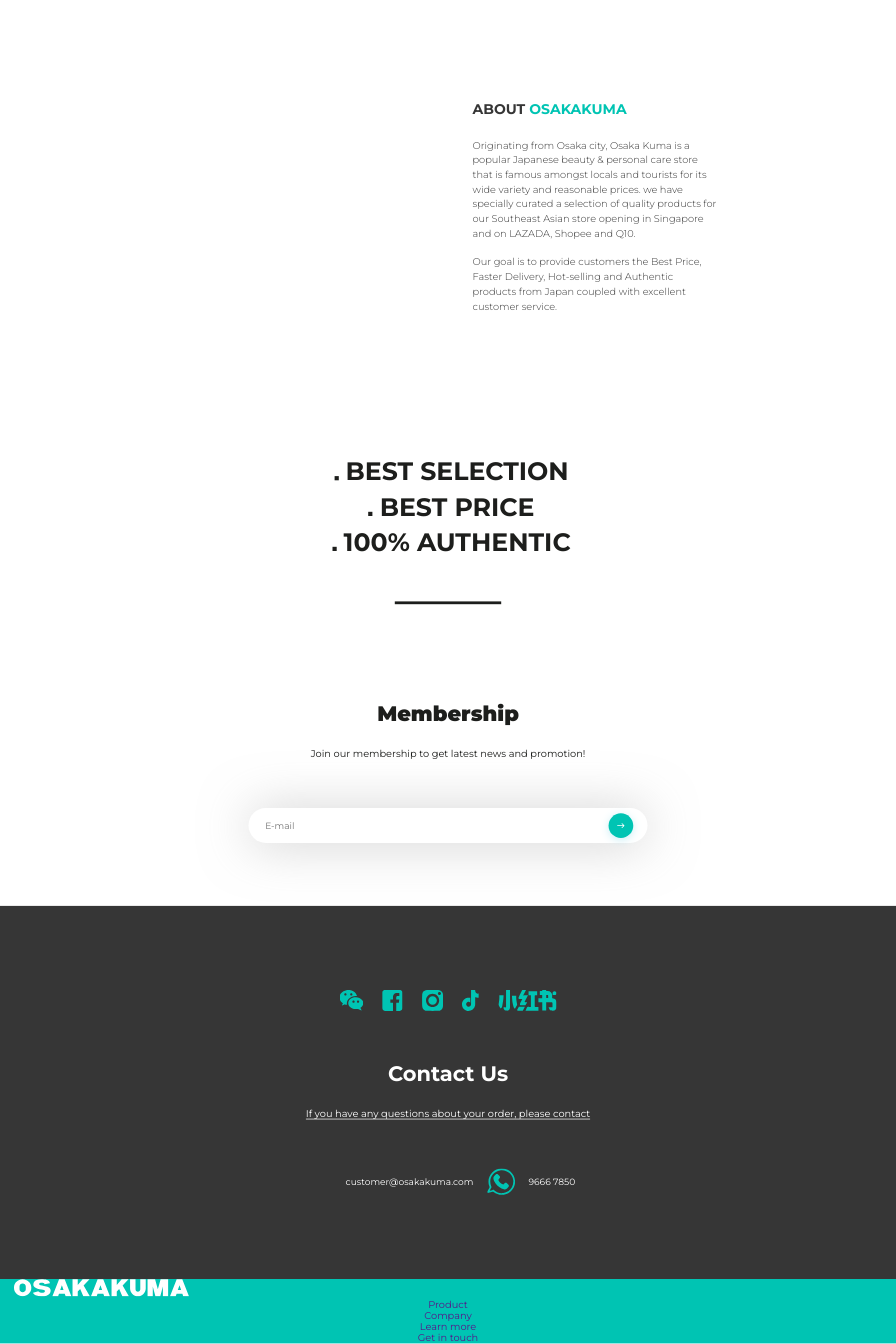
Repository: wendylw/osakakuma-landing
Page: index.html
An editor plug-in stored every save of this project. The page is shown before and after the next save, followed by the edit.
The browser window is 1280 px wide. The pictures show the part of the page from y = 1913 to 3833 px (the page is 3833 px tall), at 70% of full size.
The style sheet was rebuilt from its Sass, Less or Tailwind sources for each picture, by a compiler version that may differ from the author's.

Above is the page before, as saved 2021-03-04 04:35:25.

### index.html
<!doctype html>
<html class="no-js" lang="">

<head>
  <meta charset="utf-8">
  <meta http-equiv="x-ua-compatible" content="ie=edge">
  <title></title>
  <meta name="description" content="">
  <meta name="viewport" content="width=device-width, initial-scale=1, shrink-to-fit=no">
  <link rel="manifest" href="site.webmanifest">
  <link rel="apple-touch-icon" href="icon.png">
  <!-- Place favicon.ico in the root directory -->

  <link rel="preconnect" href="https://fonts.gstatic.com">
  <link href="https://fonts.googleapis.com/css2?family=Montserrat:wght@300;400;600;700;900&display=swap" rel="stylesheet">

  <link rel="stylesheet" href="css/normalize.css">
  <link rel="stylesheet" href="css/video-js.min.css">
  <link rel="stylesheet" href="css/main.css">
</head>

<body>
  <!--[if lte IE 9]>
    <p class="browserupgrade">You are using an <strong>outdated</strong> browser. Please <a href="https://browsehappy.com/">upgrade your browser</a> to improve your experience and security.</p>
  <![endif]-->

  <!-- Add your site or application content here -->
  <main class="main">
    <header class="header text-center">
      <div class="container">
        <img class="header__logo" src="" alt="logo">
        <div class="header__title-container">
          <h1 class="header__title">JAPANESE BEAUTY & LIFESTYLE CURATOR</h1>
          <ul class="header__products">
            <li class="header__products-item">
              <span>Skincare</span>
            </li>
            <li class="header__products-item">
              <span>Makeup</span>
            </li>
            <li class="header__products-item">
              <span>Daily necessities</span>
            </li>
          </ul>
        </div>
        <a class="header__follow-us" href="">Follow Us</a>
        <ul class="header__social-container">
          <li class="header__social-group">
            <ul class="header__social-list">
              <li class="header__social-item">
                <a class="header__social-link" href="">
                  <img src="./img/social-facebook-black.svg" alt="">
                </a>
              </li>
              <li class="header__social-item">
                <a class="header__social-link" href="">
                  <img src="./img/social-instagram-black.svg" alt="">
                </a>
              </li>
              <li class="header__social-item">
                <a class="header__social-link" href="">
                  <img src="./img/social-tick-black.svg" alt="">
                </a>
              </li>
              <li class="header__social-item">
                <a class="header__social-link" href="">
                  <img src="./img/social-xiaohongshu-black.svg" alt="">
                </a>
              </li>
            </ul>
            <hr class="header__social-divider-first"/>
            <div class="text-left header__social-label">
              <span>@osakakuma</span>
            </div>
          </li>
          <li class="header__social-group">
            <ul class="header__social-list">
              <li class="header__social-item">
                <a class="header__social-link" href="">
                  <img src="./img/social-wechat-black.svg" alt="">
                </a>
              </li>
            </ul>
            <hr class="header__social-divider-second"/>
            <span>大阪熊SG</span>
          </li>
        </ul>
      </div>
    </header>
    <!-- online stores -->
    <section class="online-store">
      <div class="container text-center">
        <ul class="online-store__advantages">
          <li class="online-store__advantages-item">
            <span>BEST SELECTION</span>
          </li>
          <li class="online-store__advantages-item">
            <span>BEST PRICE</span>
          </li>
          <li class="online-store__advantages-item">
            <span>100% AUTHENTIC</span>
          </li>
        </ul>
        <h2 class="online-store__title">3 online stores</h2>
        <ul class="online-store__list">
          <li class="online-store__item">
            <a href="" class="online-store__item-content">
              <img class="online-store__logo" src="" alt="">
              <label class="online-store__label">Shop now</label>
            </a>
          </li>
          <li class="online-store__item">
            <a href="" class="online-store__item-content">
              <img class="online-store__logo" src="" alt="">
              <label class="online-store__label">Shop now</label>
            </a>
          </li>
          <li class="online-store__item">
            <a href="" class="online-store__item-content">
              <img class="online-store__logo" src="" alt="">
              <label class="online-store__label">Shop now</label>
            </a>
          </li>
        </ul>
      </div>
    </section>
    <!-- end of online stores -->
    <!-- offline stores -->
    <section class="offline-stores">
      <div class="container text-center">
        <h2 class="offline-stores__title">2 offline stores</h2>
        <ul class="offline-stores__list row">
          <li class="offline-stores__column col-6">
            <img src="" alt="">
            <div>
              <h4 class="offline-stores__item-title">Bugis +</h4>
              <address class="offline-stores__address">201 Victoria Street, Bugis Plus, 02-51/52. Singapore 188067</address>
            </div>
          </li>
          <li class="offline-stores__column col-6">
            <img src="" alt="">
            <div>
              <h4 class="offline-stores__item-title">PLQ Mall</h4>
              <address class="offline-stores__address">10 Paya Lebar Road, PLQ Mall, Paya Lebar Quarter, Singapore 409057</address>
            </div>
          </li>
        </ul>
      </div>
    </section>
    <!-- end of offline stores -->
    <!-- about us -->
    <section class="about-us">
      <div class="container">
        <div class="row">
          <div class="col-6">
            <img src="" alt="">
          </div>
          <div class="about-us__colmn-content col-6">
            <h3 class="about-us__title">ABOUT <span>OSAKAKUMA</span></h3>
            <p class="about-us__paragraph">Originating from Osaka city, Osaka Kuma is a popular Japanese beauty & personal care store that is famous amongst locals and tourists for its wide variety and reasonable prices. we have specially curated a selection of quality products for our Southeast Asian store opening in Singapore and on LAZADA, Shopee and Q10. </p>
            <p class="about-us__paragraph">Our goal is to provide customers the Best Price, Faster Delivery, Hot-selling and Authentic products from Japan coupled with excellent customer service.</p>
          </div>
        </div>
      </div>
    </section>
    <!-- end of about us -->

    <!-- membership -->
    <section class="membership">
      <div class="container text-center">
        <ul class="membership__advantages">
          <li class="membership__advantages-item">
            <span>BEST SELECTION</span>
          </li>
          <li class="membership__advantages-item">
            <span>BEST PRICE</span>
          </li>
          <li class="membership__advantages-item">
            <span>100% AUTHENTIC</span>
          </li>
        </ul>
        <hr class="membership__divider" />

        <div class="membership__form-container">
          <h2 class="membership__title">Membership</h2>
          <p class="membership__description">Join our membership to get latest news and promotion!</p>
          <form class="membership__form">
            <input class="membership__input text-left text-middle" type="email" placeholder="E-mail" name="" id="">
            <button class="text-middle membership__button">
              <img src="./img/icon-contact-us.svg" alt="">
            </button>
          </form>
        </div>
      </div>
    </section>
    <!-- end of membership -->

    <!-- contact us -->
    <section class="contact-us">
      <div class="container text-center">
        <ul class="contact-us__social-list">
          <li class="contact-us__social-item">
            <a class="contact-us__social-link" href="">
              <img src="./img/social-wechat-theme.svg" alt="">
            </a>
          </li>
          <li class="contact-us__social-item">
            <a class="contact-us__social-link" href="">
              <img src="./img/social-facebook-theme.svg" alt="">
            </a>
          </li>
          <li class="contact-us__social-item">
            <a class="contact-us__social-link" href="">
              <img src="./img/social-instagram-theme.svg" alt="">
            </a>
          </li>
          <li class="contact-us__social-item">
            <a class="contact-us__social-link" href="">
              <img src="./img/social-tick-theme.svg" alt="">
            </a>
          </li>
          <li class="contact-us__social-item">
            <a class="contact-us__social-link" href="">
              <img src="./img/social-xiaohongshu-theme.svg" alt="">
            </a>
          </li>
        </ul>
        <h2 class="contact-us__title">Contact Us</h2>
        <p class="contact-us__descripiton">If you have any questions about your order, please contact </p>
        <ul class="contact-us__list">
          <li class="contact-us__item">
            <img class="contact-us__item-image text-middle" src="" alt="">
            <span class="text-middle">customer@osakakuma.com</span>
          </li>
          <li class="contact-us__item">
            <img class="contact-us__item-image text-middle" src="./img/icon-contact-us-phone.svg" alt="">
            <span class="text-middle">9666 7850</span>
          </li>
        </ul>
      </div>
    </section>
    <!-- end of contact us -->


    <footer class="footer">
      <div class="container">
        <div class="footer__image">
          <img src="./img/logo-white.svg" alt="">
        </div>
        <div class="footer__content text-center">
          <ul>
            <li>
              <a href="">Product</a>
            </li>
            <li>
              <a href="">Company</a>
            </li>
            <li>
              <a href="">Learn more</a>
            </li>
            <li>
              <a href="">Get in touch</a>
            </li>
          </ul>
        </div>
      </div>
    </footer>
  </main>

  <script src="js/vendor/modernizr-3.6.0.min.js"></script>
  <script src="https://cdn.staticfile.org/jquery/3.3.1/jquery.min.js" integrity="sha256-FgpCb/KJQlLNfOu91ta32o/NMZxltwRo8QtmkMRdAu8=" crossorigin="anonymous"></script>
  <script>window.jQuery || document.write('<script src="js/vendor/jquery-3.3.1.min.js"><\/script>')</script>
  <script src="js/vendor/video.min.js"></script>
  <script src="js/plugins.js"></script>
  <script src="js/main.js"></script>
  <script src="js/homepage.js"></script>

  <!-- Google Analytics: change UA-XXXXX-Y to be your site's ID. -->
  <!-- <script>
    window.ga = function () { ga.q.push(arguments) }; ga.q = []; ga.l = +new Date;
    ga('create', 'UA-XXXXX-Y', 'auto'); ga('send', 'pageview')
  </script>
  <script src="https://www.google-analytics.com/analytics.js" async defer></script> -->
</body>

</html>

### js/plugins.js
// Avoid `console` errors in browsers that lack a console.
(function() {
  var method;
  var noop = function () {};
  var methods = [
    'assert', 'clear', 'count', 'debug', 'dir', 'dirxml', 'error',
    'exception', 'group', 'groupCollapsed', 'groupEnd', 'info', 'log',
    'markTimeline', 'profile', 'profileEnd', 'table', 'time', 'timeEnd',
    'timeline', 'timelineEnd', 'timeStamp', 'trace', 'warn'
  ];
  var length = methods.length;
  var console = (window.console = window.console || {});

  while (length--) {
    method = methods[length];

    // Only stub undefined methods.
    if (!console[method]) {
      console[method] = noop;
    }
  }
}());

// Place any jQuery/helper plugins in here.

### styles/main.scss
@import './var';

* {
  box-sizing: border-box;
  font-size: $main-font;
}

html {
  font-family: 'Montserrat', "Helvetica Neue", -apple-system, Arial, sans-serif;
  font-size: $basic-font;
  font-weight: 400;
  color: $main-color;
}

body {
  padding: 0;
  margin: 0;
}

h1 {
  font-size: 3.4rem;
  margin: 0;
}

h2 {
  font-size: 3rem;
  font-weight: 600;
  margin: 0;
}

h3 {
  font-size: 2rem;
  font-weight: 700;
  margin: 0;
}

label,
a {
  font-size: 1.4rem;
  text-decoration: none;
  cursor: pointer;
}

h4,
p {
  font-size: 1.4rem;
  margin: 0;
}

img {
  max-width: 100%;
}

button {
  border: 0;
  background-color: transparent;
  height: auto;
  line-height: 100%;
}

input {
  border: 0;
  outline: none;
  box-shadow: none;
  background-color: transparent;
}

.container {
  max-width: 1240px;
  margin: auto;
}

.big-container {
  max-width: 1200px;
  margin: auto;
}

ul {
	list-style: none;
	padding-left: 0;
	margin: 0;
}

.text-center {
  text-align: center;
}

.text-left {
  text-align: left;
}

.text-right {
  text-align: right;
}

.text-middle {
  vertical-align: middle;
}

.text-line-height-base {
  line-height: 1.5em;
}

.row {
  &::after {
    content: "";
    display: block;
    clear: both;
  }
}

.col-3 {
  float: left;
  width: 25%;
}

.col-4 {
  float: left;
  width: 33.33%;
}

.col-5 {
  float: left;
  width: 41.66%;
}

.col-6 {
  float: left;
  width: 50%;
}

.col-7 {
  float: left;
  width: 58.33%;
}

.col-9 {
  float: left;
  width: 75%;
}

.block-mobile {
  display: none !important;
}

@keyframes float {
	0% {
		transform: translatey(0px);
	}
	50% {
		transform: translatey(-20px);
	}
	100% {
		transform: translatey(0px);
	}
}

@-webkit-keyframes float {
	0% {
		transform: translatey(0px);
	}
	50% {
		transform: translatey(-20px);
	}
	100% {
		transform: translatey(0px);
	}
}

@-webkit-keyframes headShake {
  0% {
    -webkit-transform: translateX(0);
    transform: translateX(0);
  }

  13% {
    -webkit-transform: translateX(-12px) rotateY(-9deg);
    transform: translateX(-12px) rotateY(-9deg);
  }

  37% {
    -webkit-transform: translateX(-8px) rotateY(7deg);
    transform: translateX(-8px) rotateY(7deg);
  }

  63% {
    -webkit-transform: translateX(-4px) rotateY(-5deg);
    transform: translateX(-4px) rotateY(-5deg);
  }

  87% {
    -webkit-transform: translateX(6x) rotateY(3deg);
    transform: translateX(6x) rotateY(3deg);
  }

  100% {
    -webkit-transform: translateX(0);
    transform: translateX(0);
  }
}
@keyframes headShake {
  0% {
    -webkit-transform: translateX(0);
    transform: translateX(0);
  }

  13% {
    -webkit-transform: translateX(-12px) rotateY(-9deg);
    transform: translateX(-12px) rotateY(-9deg);
  }

  37% {
    -webkit-transform: translateX(-8px) rotateY(7deg);
    transform: translateX(-8px) rotateY(7deg);
  }

  63% {
    -webkit-transform: translateX(-4px) rotateY(-5deg);
    transform: translateX(-4px) rotateY(-5deg);
  }

  87% {
    -webkit-transform: translateX(6x) rotateY(3deg);
    transform: translateX(6x) rotateY(3deg);
  }

  100% {
    -webkit-transform: translateX(0);
    transform: translateX(0);
  }
}

@-webkit-keyframes shakeX {
  from,
  to {
    -webkit-transform: translate3d(0, 0, 0);
    transform: translate3d(0, 0, 0);
  }

  10%,
  30%,
  50%,
  70%,
  90% {
    -webkit-transform: translate3d(-20px, 0, 0);
    transform: translate3d(-20px, 0, 0);
  }

  20%,
  40%,
  60%,
  80% {
    -webkit-transform: translate3d(20px, 0, 0);
    transform: translate3d(20px, 0, 0);
  }
}
@keyframes shakeX {
  from,
  to {
    -webkit-transform: translate3d(0, 0, 0);
    transform: translate3d(0, 0, 0);
  }

  10%,
  30%,
  50%,
  70%,
  90% {
    -webkit-transform: translate3d(-20px, 0, 0);
    transform: translate3d(-20px, 0, 0);
  }

  20%,
  40%,
  60%,
  80% {
    -webkit-transform: translate3d(20px, 0, 0);
    transform: translate3d(20px, 0, 0);
  }
}
.animate__shakeX {
  -webkit-animation-name: shakeX;
  animation-name: shakeX;
}

.animated {
  -webkit-animation-duration: 1s;
  animation-duration: 1s;
  -webkit-animation-fill-mode: both;
  animation-fill-mode: both;
}

.animated.infinite {
  -webkit-animation-iteration-count: infinite;
  animation-iteration-count: infinite;
}

.animated.hinge {
  -webkit-animation-duration: 2s;
  animation-duration: 2s;
}

@-webkit-keyframes fadeIn {
  0% {
    opacity: 0;
  }

  100% {
    opacity: 1;
  }
}

@keyframes fadeIn {
  0% {
    opacity: 0;
  }

  100% {
    opacity: 1;
  }
}

.fadeIn {
  -webkit-animation-name: fadeIn;
  animation-name: fadeIn;
}

@-webkit-keyframes fadeOut {
  0% {
    opacity: 1;
  }

  100% {
    opacity: 0;
  }
}

@-webkit-keyframes flash {
  0%, 50%, 100% {
    opacity: 1;
  }

  25%, 75% {
    opacity: 0.6;
  }
}

@keyframes flash {
  0%, 50%, 100% {
    opacity: 1;
  }

  25%, 75% {
    opacity: 0.6;
  }
}

.flash {
  -webkit-animation-name: flash;
  animation-name: flash;
}

.header {
  padding: 50px 15px;

  &__title-container {
    margin: 100px auto;
  }

  &__title {
    margin: 12px auto;
    line-height: 1.4em;
  }

  &__products {
    margin: 6px auto;
  }

  &__products-item {
    display: inline-block;
  }

  &__products-item ~ &__products-item::before {
    content: '';
    display: inline-block;
    margin: 0 1.2rem;
    width: 1px;
    height: 1.2rem;
    background-color: $main-color;
  }

  &__products-item span {
    font-size: 1.6rem;
    font-weight: 300;
  }

  &__follow-us {
    display: inline-block;
    padding: 1rem 1.8rem;
    border-radius: 20px;
    font-size: 1.4rem;
    color: $white;
    background-color: $light-black;
  }

  &__social-container {
    margin: 60px auto;
  }

  &__social-group {
    display: inline-block;
  }

  &__social-item {
    display: inline-block;
    padding: 0 30px;
  }

  &__social-link {
    display: block;
  }

  &__social-link img {
    height: 3rem;
  }

  &__social-divider-first {
    margin: 20px 30px 12px;
  }

  &__social-divider-second {
    margin: 20px 0 12px;
  }

  &__social-label {
    margin: 0 30px;
  }
}

.footer {
  background-color: $theme-color;

  &__logo {

  }
}

@media (max-width: 960px) {
  html {
    font-size: $small-font;
  }

  h1 {
    font-size: $banner-font-m;
  }

  h2 {
    font-size: $bigger-font;
  }

  h3 {
    font-size: $big-font;
  }

  label,
  a {
    font-size: $main-font;
    text-decoration: none;
    cursor: pointer;
  }

  h4,
  p {
    font-size: $small-font;
  }

  .container {
    max-width: 768px;
  }

  .big-container {
    max-width: 900px;
  }
}

@media (max-width: 767px) {
  .block-mobile {
    display: block !important;
  }

  .hidden-mobile {
    display: none !important;
  }

  .header {
  }

  .footer {
  }
}

@import './homepage';

### styles/_var.scss
/* font size variables */
$basic-font: 10px;

$smaller-font: 11px;
$small-font: 12px;
$main-font: 13px;
$big-font: 16px;
$bigger-font: 18px;
$biggest-font: 20px;

$banner-font: 45px;
$banner-font-m: 30px;
$surpport-font: 24px;

/* color variables */
$white: #fff;
$black: #000;
$light-black: #14191D;
$main-color: #1D1E1C;
$theme-color: #00c4b3;
$theme-color-light: #7AC8C4;
$title-color: #5C3418;

$light-gray: #dbdbdb;
$lightter-gray: #606060;
$dark-gray: #363636;
$darker-gray: #171717;
$middle-gray-1: #979797;
$middle-gray-2: #f5f6f7;

/* special colors */
$footer-color: #b5b5b5;

### styles/_homepage.scss
.online-store {
  padding: 90px 10px;
  color: $white;
  background-color: $dark-gray;

  &__advantages {
    margin: 40px auto;
  }

  &__advantages-item span::before {
    content: " ";
    display: inline-block;
    margin: 0 10px;
    width: 0.6rem;
    height: 0.6rem;
    background-color: $white;
  }

  &__advantages-item span {
    line-height: 1.4em;
    font-size: 3.6rem;
    font-weight: 700;
  }

  &__title {
    margin: 100px auto;
  }

  &__list {
    margin: 40px auto;
  }

  &__item {
    display: inline-block;
  }

  &__item-content {
    display: block;
    margin: 0 20px;
    border: 1px solid $white;
    border-radius: 10px;
    width: 250px;
    height: 250px;
  }

  &__logo {
    width: 100%;
    height: 86%;
    background-color: $white;
  }

  &__label {
    display: block;
    padding: 3% 0;
    height: 14%;
    color: $white;
  }
}

.offline-stores {
  padding: 50px 15px;

  &__title {
    margin: 60px auto;
  }

  &__list {
    margin: 60px auto;
    max-width: 960px;
  }

  &__column {
    padding: 10px 30px;
  }

  &__image {
    margin: 20px auto;
  }

  &__item-title {
    line-height: 2em;
    font-size: 2rem;
    font-weight: 300;
    color: $dark-gray;
  }

  &__address {
    margin: 0 auto;
    max-width: 55%;
    color: $dark-gray;
    font-style: unset;
    font-weight: 300;
  }
}

.about-us {
  padding: 50px 0;
  color: $dark-gray;
  font-weight: 300;

  &__colmn-content {
    padding: 30px 15px 40px;
  }

  &__title {
    padding: 0 20px;
    margin: 30px 0;
  }

  &__title span {
    font-size: inherit;
    color: $theme-color;
  }

  &__paragraph{
    padding: 0 20px;
    margin: 20px 0;
    width: 66%;
    line-height: 1.5em;
  }
}

.membership {
  padding: 50px 15px;

  &__advantages {
    margin: 40px auto;
  }

  &__advantages-item span::before {
    content: " ";
    display: inline-block;
    margin: 0 10px;
    width: 0.6rem;
    height: 0.6rem;
    background-color: $main-color;
  }

  &__advantages-item span {
    line-height: 1.4em;
    font-size: 3.6rem;
    font-weight: 700;
  }

  &__divider {
    margin: 60px auto;
    border: 2px solid;
    width: 12%;
  }

  &__form-container {
    padding-top: 70px;
  }

  &__title {
    margin: 10px auto;
    font-weight: 900;
  }

  &__description {
    margin: 30px auto;
  }

  &__form {
    position: relative;
    display: inline-block;
    margin: 40px auto;
    width: 46%;
    background-color: $white;
    box-shadow: 0 2px 70px 0 rgba(161, 161, 161, 0.50);
    border-radius: 100px;
  }

  &__input {
    display: inline-block;
    padding: 10px 68px 10px 24px;
    height: 50px;
    width: 100%;
  }

  &__button {
    position: absolute;
    top: 10px;
    right: 14px;
    display: inline-block;
    margin: -12px -12px -20px;
  }

  &__button img {
    width: 60px;
  }
}

.contact-us {
  padding: 50px 10px;
  color: $white;
  background-color: $dark-gray;

  &__social-list {
    margin: 70px auto;
  }

  &__social-item {
    display: inline-block;
    padding: 0 12px;
  }

  &__social-link {
    display: block;
  }

  &__social-link img {
    height: 3rem;
  }

  &__title {
    margin: 30px auto;
    font-weight: 700;
  }

  &__descripiton {
    display: inline-block;
    margin: auto;
    border-bottom: 1px solid;
  }

  &__list {
    margin: 70px auto;
  }

  &__item {
    display: inline-block;
  }

  &__item-image {
    margin: 0 16px;
  }
}

Loaded but not shown: css/normalize.css (library); css/video-js.min.css (library); js/vendor/modernizr-3.6.0.min.js (library); js/vendor/video.min.js (library); js/main.js (common file); js/homepage.js (common file); img/icon-contact-us.svg (27 lines, source omitted)

After the next save:
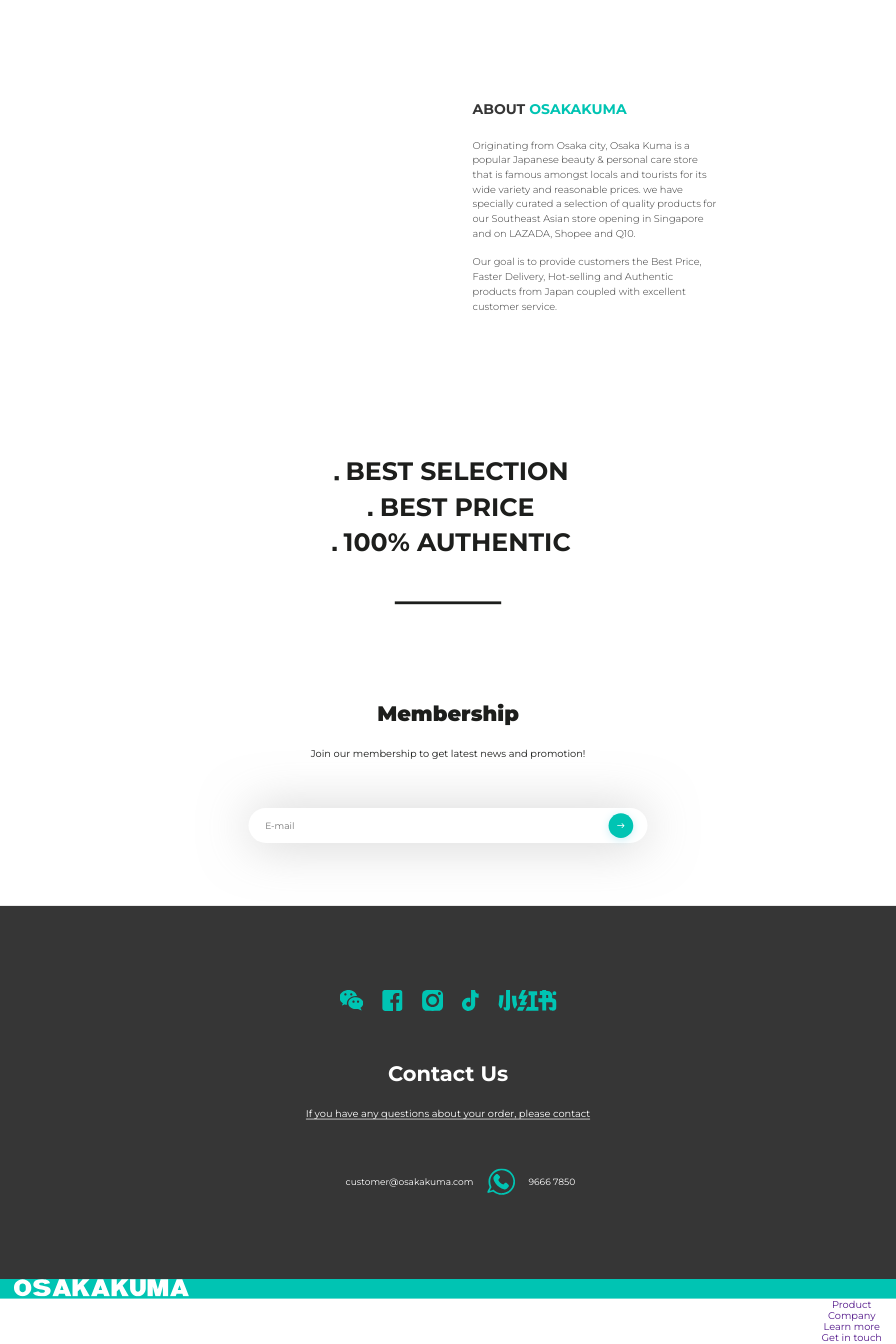
Saved 25 s later.
--- a/styles/main.scss
+++ b/styles/main.scss
@@ -443,6 +443,10 @@
   &__logo {
 
   }
+
+  &__content {
+    float: right;
+  }
 }
 
 @media (max-width: 960px) {
